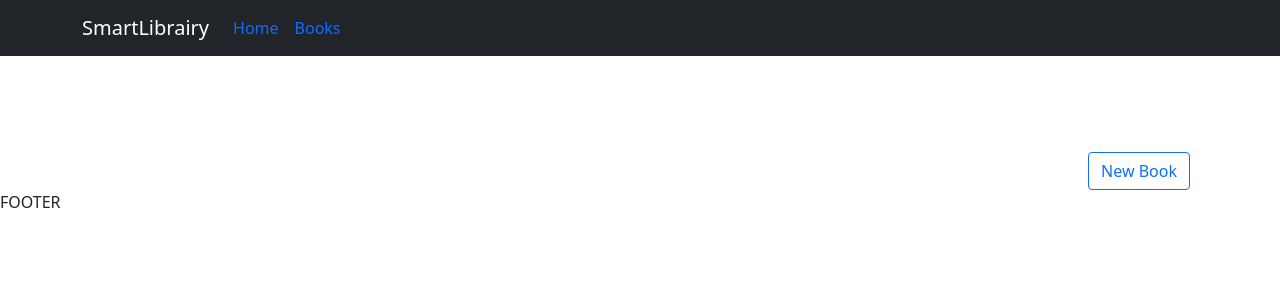
Repository: FS-23/smart-librairy
Page: http://localhost/books/list
The author's editor kept a copy of each file at every save. The page is drawn from the files as they stood at one save, then again after the next save.
The browser window is 1280 px wide. The pictures show the whole page.
The page is served by the project's Laravel application, run on PHP 8.4 with Laravel 9. Other server files are loaded and not shown. Queries for data that is not in the repository find no rows.

Above is the page before, as saved 2022-06-10 12:24:19.

### routes/web.php
<?php

use Illuminate\Support\Facades\Route;
use Illuminate\Http\Request;
use App\Http\Controllers\BookController;

/*
    |--------------------------------------------------------------------------
    | Web Routes
    |--------------------------------------------------------------------------
    |
    | Here is where you can register web routes for your application. These
    | routes are loaded by the RouteServiceProvider within a group which
    | contains the "web" middleware group. Now create something great!
    |
*/

Route::get('/', function () {
    return redirect('/books/list');
});
Route::get('/books/list' , [BookController::class , 'index']);
Route::get('/books/create',[BookController::class , 'create']);
Route::get('/books/update/{id}',[BookController::class , 'edit']);
Route::post('/books/store' , [BookController::class , 'store']);
Route::post('/books/update/{id}' , [BookController::class , 'update']);
Route::get('/books/detail/{id}' , [BookController::class, 'show']);
Route::get('/books/delete/{id}' , [BookController::class, 'destroy']);

Route::view('/file' , 'file');

Route::post('/file/store' , function(Request $request){
    //hasFile

    $file = $request -> file('myFile');

    // Storage::put('myfile.jpg', $file);
     $storeResult = $file->store('public/bookImages'); // file est le name de votre input dans file.blade.php
    // return $storeResult;

    $fileName = str_replace('public' , 'storage' , $storeResult);
     return  $fileName;
});

### app/Http/Controllers/BookController.php
<?php

namespace App\Http\Controllers;

use App\Models\Book;
use Illuminate\Http\Request;

class BookController extends Controller
{

    public function index()
    {
        return view('book.list', ['books' => Book::all()]);
    }

    public function create()
    {
        return view('book.create');
    }

    public function store(Request $request)
    {
        $data = $request -> all();
        $file = $request -> file('bookImage');
        $fileStoreResult = $file->store('/public/bookImages');
        $fileName = str_replace('public', 'storage' , $fileStoreResult);
        $date['image'] = $fileName;

        return $data;
        $createdBook = Book::create($data);
        return redirect('/books/list');
    }


    public function show($id)
    {
        return  view('book.detail' , ["book" => Book::find($id)]);
    }


    public function edit($id)
    {
        return view('book.update' , ["book" => Book::find($id)]);
    }


    public function update(Request $request, $id)
    {
        $book = Book::find($id);
        $book ->update($request->all());

        return redirect('/books/list');
        //
    }

    public function destroy($id)
    {
        Book::destroy($id);
        return redirect('/books/list');
    }
}

### app/Models/Book.php
<?php

namespace App\Models;

use Illuminate\Database\Eloquent\Factories\HasFactory;
use Illuminate\Database\Eloquent\Model;

class Book extends Model
{
    use HasFactory;

    protected $fillable  = ["title", "author" , "description" , "categorie" , 'image'];
}

### resources/views/book/list.blade.php

 @extends('layout.layout')

 @section('content')
     <div class="mt-5 container">
             <div class="d-block text-end pe-2">
                 <a href="/books/create" class="btn btn-outline-primary mt-5">New Book</a>
             </div>
             <div class="row mx-0">
                 @foreach($books as $book)
                     <div style="" class="mt-3 col-12 col-sm-6 col-lg-4">
                         <div class="h-100">
                             <div class="bg-light p-3 d-flex justify-content-center align-items-center" style="height: 150px">
                                 <h3>{{ $book -> title }}</h3>
                             </div>
                             <div class="bg-dark text-white p-3 ">
                                 <p style="white-space: nowrap; overflow: hidden;text-overflow: ellipsis" class="">{{ $book -> description }}</p>
                                 <a href="/books/detail/{{ $book->id }}" class="btn btn-primary">More</a>
                             </div>
                         </div>
                     </div>
                 @endforeach

             </div>
     </div>
 @endsection

### resources/views/layout/layout.blade.php
<!DOCTYPE html>
<html lang="en">
<head>
    <meta charset="UTF-8">
    <meta name="viewport" content="width=device-width, initial-scale=1.0">
    <meta http-equiv="X-UA-Compatible" content="ie=edge">
    <title>SMART LIBRAIRY</title>

    <link rel="stylesheet" href="https://cdn.jsdelivr.net/npm/bootstrap@5.1.3/dist/css/bootstrap.min.css">
</head>
<body>
    <header>
        <nav class="navbar navbar-expand-lg  bg-dark  text-white">
             <div class="container">
                  <div class="navbar-brand text-white">SmartLibrairy</div>

                  <button class="navbar-toggler" data-bs-toggle="collapse" href="#menu-container">
                     <span class="navbar-toggler-icon"></span>
                  </button>
                  <div class="collapse navbar-collapse" id="menu-container">
                    <ul class="navbar-nav">
                        <li class="nav-item">
                            <a href="/" class="nav-link">Home</a>
                        </li>
                        <li class="nav-item">
                             <a href="/books/list" class="nav-link">Books</a>
                        </li>
                    </ul>
                  </div>
             </div>

        </nav>
    </header>
    <section>
        @yield('content')
    </section>

    <section>
        @if($errors->count()>0)
            @foreach($errors->all() as $error)
                <h6 class="text-danger">{{ $error }}</h6>
            @endforeach
        @endif
    </section>
    <footer>
        FOOTER
    </footer>

    <script src="https://cdn.jsdelivr.net/npm/bootstrap@5.1.3/dist/js/bootstrap.bundle.min.js"></script>
</body>
</html>

Loaded but not shown: app/Http/Controllers/Controller.php (common file)

After the next save:
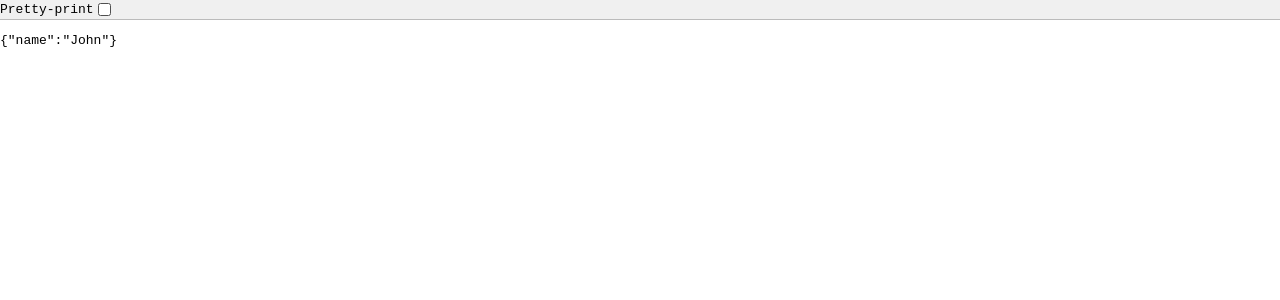
Saved 4 min 15 s later.
--- a/app/Http/Controllers/BookController.php
+++ b/app/Http/Controllers/BookController.php
@@ -10,6 +10,8 @@ class BookController extends Controller
 
     public function index()
     {
+        $data = ['name' => "John"];
+        return $data;
         return view('book.list', ['books' => Book::all()]);
     }
 
